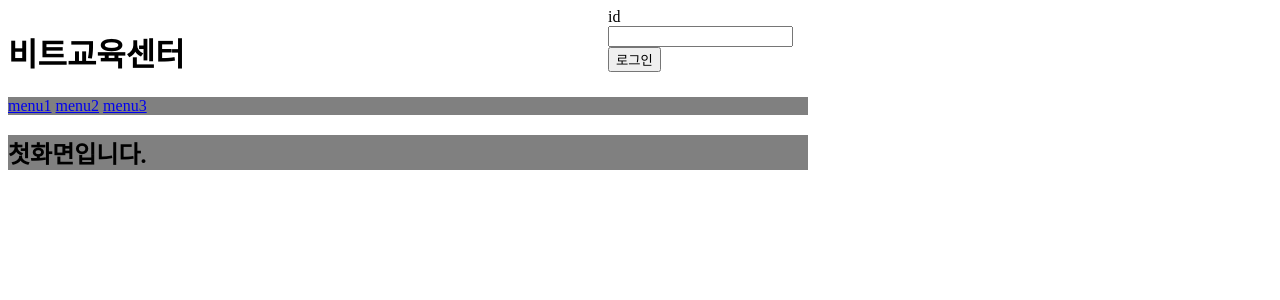
Repository: 2ket/workspace2
Page: web13/WebContent/index.html
These files come from the project's save history. The page is drawn as it stood at one moment and after the next save; the edit follows.
The browser window is 1280 px wide. The pictures show the whole page.

Above is the page before, as saved 2019-06-07 10:05:40.
Console error: TypeError: Cannot read properties of undefined (reading 'document')

### web13/WebContent/index.html
<!DOCTYPE html>
<html>
<head>
<meta http-equiv="Content-Type" content="text/html; charset=UTF-8">
<title>Insert title here</title>
<style type="text/css">
	body>div{
		width:800px;
		background-color: gray;
	}
	#header>h1{
		float:left;
	}
	#header>div{
		width:200px;
		float:right;
	}
	#menu{
		clear:both;
	}
</style>
<script type="text/javascript">
	var form, xhr;
	window.onload=function(){
//		btn=document.querySelector("#header>div>button");
//		btn.onclick=function(){
//			alert('click');
//			tf=document.querySelector('#header>div>input');
//			var id=tf.value;
//			xhr=new XMLHttpRequest();
//			xhr.onreadystatechange=function(){
//				var msg=xhr.responseText;
//				var target=document.querySelector("#header>div");
//				target.innerHTML=msg;
//			};
//			xhr.open('get', 'hello.jsp?id='+id);
//			xhr.send();
//		};
		form.document.querySelector('#header>div>form');
		form.onsubmit=function(){
			//alert('폼태그 동작 금지');
			var id=form.querySelector('#id').value;
			var pw=form.querySelector('#pw').value;
			xhr=new XMLHttpRequest();
			xhr.onreadystatechange=function(){
				console.log(xhr.Status);
				/*
				xhr.status
				=200 정상
				=404 페이지 없음
				=40x 요청문제
				=50x 해당페이지에 문제

				xhr.readyState
				=0 none
				=1 open()
				=2 header
				=3 content
				=4 complete
				*/
				if(xhr.readyState==4 && xhr.status==200){
					var msg=xhr.responseText;
					form.outerHTML=msg;
				}else if(xhr.readyState==4){
					alert('잠시 뒤에 다시 접속해주세요.');
				}
		};
		xhr.open('get', this.action+'?id='+id+'&pw='+pw,true);
		xhr.send();
		return false;
	};

	};
</script>
</head>
<body>
	<div id="header">
		<h1>비트교육센터</h1>
		<div>
			<form action="result.jsp">
				<div>
					<label for="id">id</label>
					<input type="text" name="pw" id="pw"/>
				</div>
				<div>
					<button>로그인</button>
				</div>
			</form>
		</div>
	</div>
	<div id="menu">
		<a href="#">menu1</a>
		<a href="#">menu2</a>
		<a href="#">menu3</a>
	</div>
	<div id="content">
		<h2>첫화면입니다.</h2>
	</div>

</body>
</html>

After the next save:
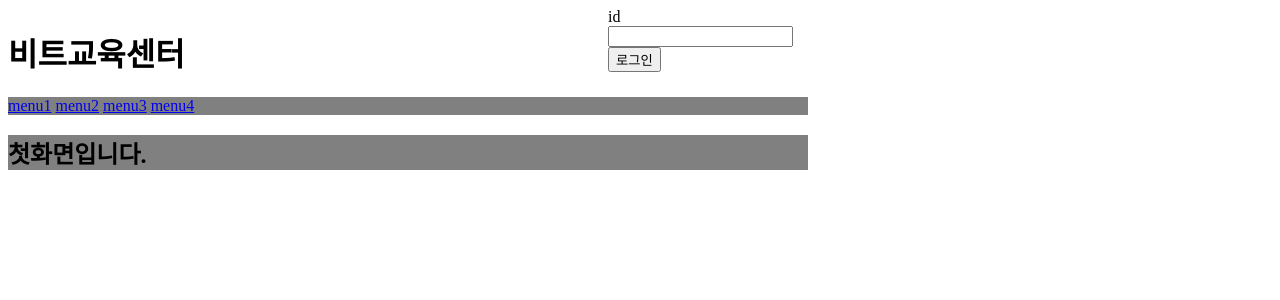
Saved 10 s later.
--- a/web13/WebContent/index.html
+++ b/web13/WebContent/index.html
@@ -92,6 +92,7 @@
 		<a href="#">menu1</a>
 		<a href="#">menu2</a>
 		<a href="#">menu3</a>
+		<a href="#">menu4</a>
 	</div>
 	<div id="content">
 		<h2>첫화면입니다.</h2>
